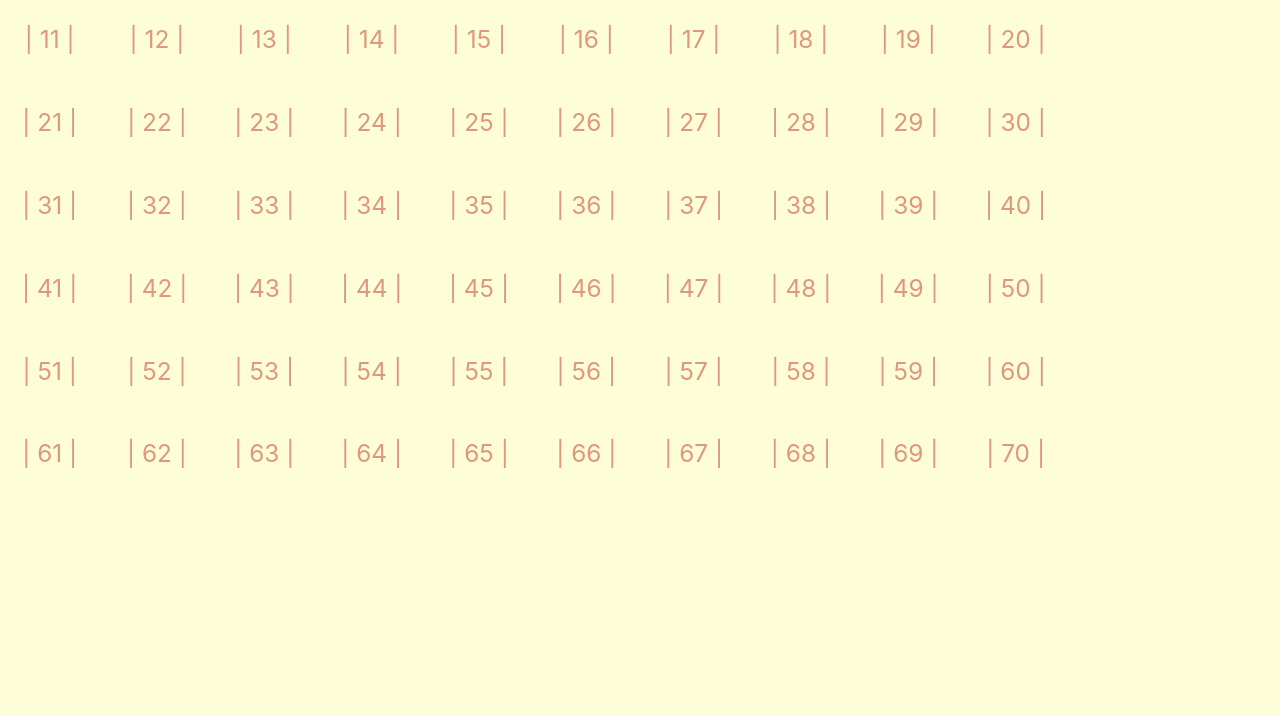
Repository: ghbamorim/megasenaapi
Page: / (app in mega-sena-client/)
These files come from the project's save history. The page is drawn as it stood at one moment and after the next save; the edit follows.
The browser window is 1280 px wide. The page is 1284 px wide, so the pictures cover 1284 px, including what lies to the right of the window. The pictures show the whole page.
The project was rebuilt for these pictures with package versions that can differ from the ones it lists, and the page was loaded fresh each time. Also part of the build but not shown: mega-sena-client/src/App.css.

Above is the page before, as saved 2021-09-13 09:15:35.

After the next save:
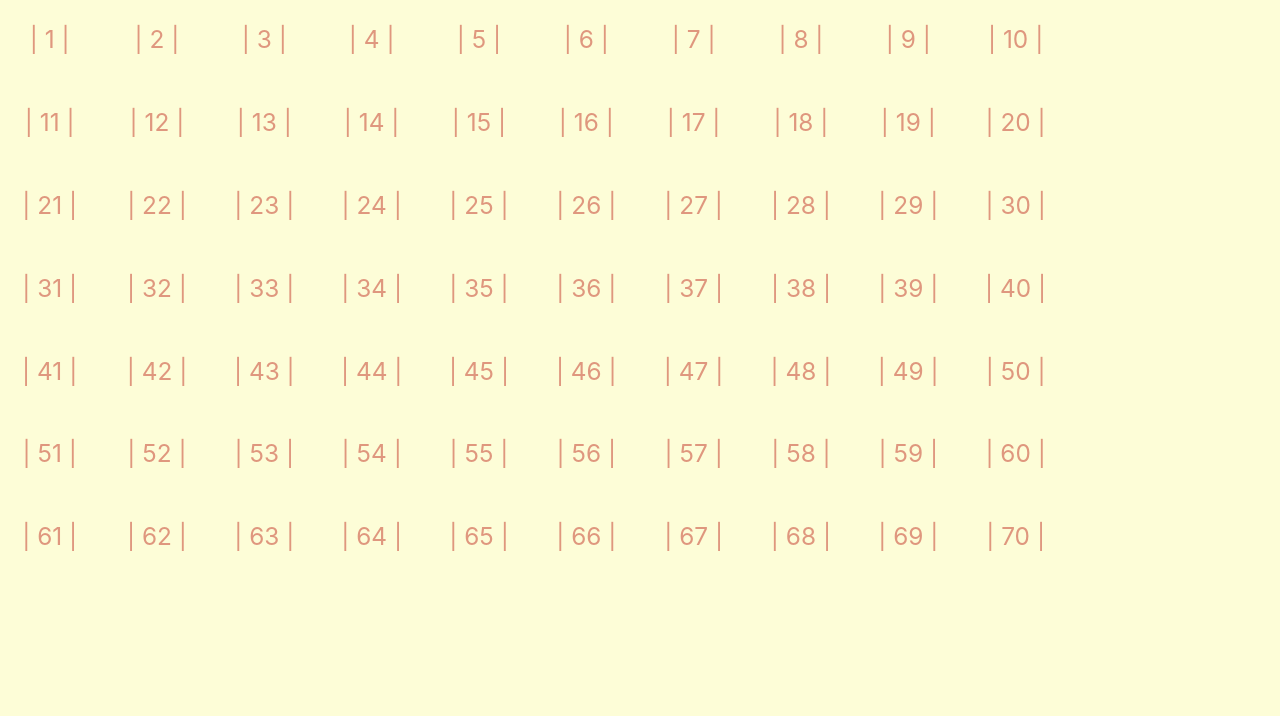
Saved 21 s later.
--- a/mega-sena-client/src/App.tsx
+++ b/mega-sena-client/src/App.tsx
@@ -22,7 +22,7 @@ const useStyles = makeStyles((theme) => ({
 function App() {
   const classes = useStyles();
   const rows: number[] = [];
-  for (let i = 1; i <= 6; i++) {
+  for (let i = 0; i <= 6; i++) {
     rows.push(i);
   }
 
